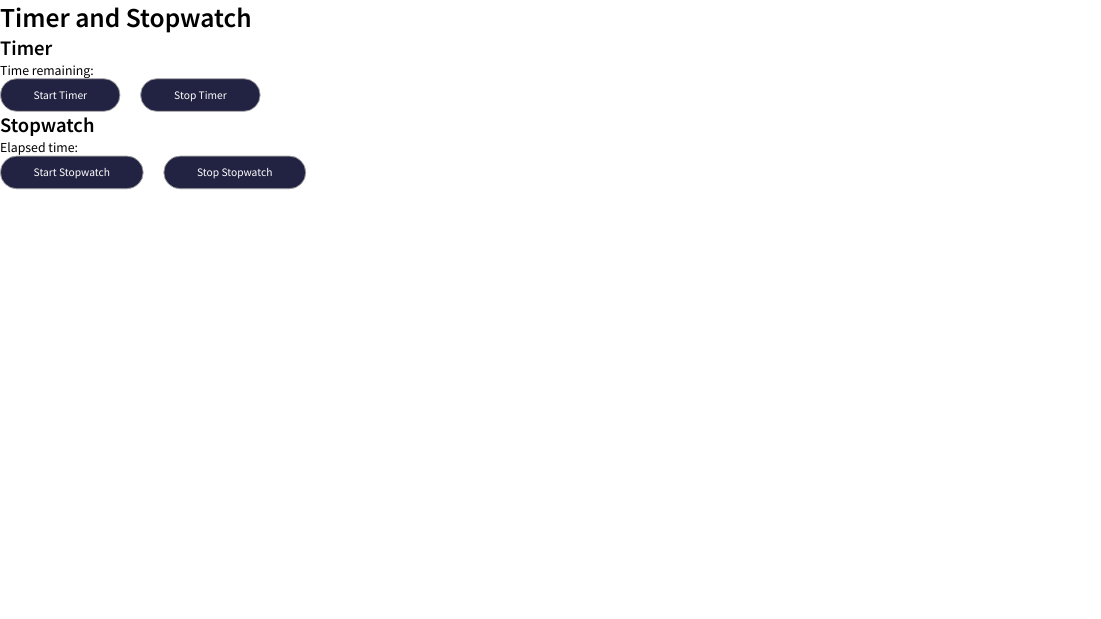
Repository: anonymous1508/CodeClause_Timerand_Stopwatch
Page: index.html
The author's editor kept a copy of each file at every save. The page is drawn from the files as they stood at one save, then again after the next save.
The browser window is 1280 px wide. The pictures show the whole page, at 86% of full size.

Above is the page before, as saved 2023-05-04 17:40:40.
Not found: timer.js

### index.html
<!DOCTYPE html>
<html>
  <head>
    <title>Timer and Stopwatch</title>
    <link rel="stylesheet" href="style.css">
  </head>
  <body>
    <h1>Timer and Stopwatch</h1>

    <div class="timer-container">
      <h2>Timer</h2>
      <p>Time remaining: <span id="timer"></span></p>
      <button id="start-timer-btn">Start Timer</button>
      <button id="stop-timer-btn" disabled>Stop Timer</button>
    </div>

    <div class="stopwatch-container">
      <h2>Stopwatch</h2>
      <p>Elapsed time: <span id="stopwatch"></span></p>
      <button id="start-stopwatch-btn">Start Stopwatch</button>
      <button id="stop-stopwatch-btn" disabled>Stop Stopwatch</button>
    </div>

    <script src="timer.js"></script>
  </body>
</html>

### style.css
@import url('https://fonts.googleapis.com/css2?family=Source+Sans+Pro:wght@400;600&display=swap');
*{
    margin: 0;
    padding: 0;
    font-family: 'Source Sans Pro', sans-serif;
}
.container{
    background-color: #222242;
    height: 100vh;
    width: 100%;
    text-align: center;
    position: absolute;
}

.wrapper{
    position: relative;
    top: 50%;
    left: 50%;
    transform: translate(-50%,-50%);
}
.wrapper p{
    position: relative;
    display: inline-block;
    color: #ffffff;
    z-index: 9999;
    font-size: 48px;
    margin-bottom: 120px;
}
.wrapper p::before{
    content: '';
    position: absolute;
    width: 200px;
    height: 200px;
    background-color: #151538;
    z-index: -1;
    border-radius: 50%;
	left: -10%;
    top: -118%;
    animation-name: shine;
    animation-duration: 3s;
    animation-iteration-count: infinite;
}
@keyframes shine{
    0%,100%{
        box-shadow: 0px 0px 32px -12px rgba(246, 180, 0, .5);
    }
    50%{
        box-shadow: 0px 0px 32px 3px rgba(246, 180, 0, .5);
    }
}
button {
    background-color: #222242;
    padding: 10px 38px;
    border: 1px solid #A9A9A9;
    border-radius: 28px;
    color: #fff;
    transition: all .2s ease;
    outline: 0;
}
button:not(:last-child){
    margin-right: 20px;
}
button:hover,
button:focus
{
    border-color: #F6B400;
    color: #F6B400;
    box-shadow: 0px 4px 27px -12px #F6B400;
}

.timer {
    font-family: sans-serif;
    display: inline-block;
    padding: 24px 32px;
    border-radius: 30px;
    background: white;
    margin:450px;
  }

.timer__part {
    font-size: 36px;
    font-weight: bold;
  }

.timer__btn {
    width: 50px;
    height: 50px;
    margin-left: 16px;
    border-radius: 50%;
    border: none;
    color: white;
    background: #8208e6;
    cursor: pointer;
  }

.timer__btn--start {
    background: #00b84c;
  }

.timer__btn--stop {
    background: #ff0256;
  }

### script.js
let seconds = 00;
let tens = 00;
let mins = 00;
let getSeconds = document.querySelector('.seconds');
let getTens = document.querySelector('.tens');
let getMins = document.querySelector('.mins');
let btnStart = document.querySelector('.btn-start');
let btnStop = document.querySelector('.btn-stop');
let btnReset = document.querySelector('.btn-reset');
let interval;

btnStart.addEventListener('click', () => {
    clearInterval(interval);
    inverval = setInterval(startTimer, 10);
})
btnStop.addEventListener('click', () => {
    clearInterval(inverval);
})
btnReset.addEventListener('click', () => {
    clearInterval(inverval);
    tens = '00';
    seconds = '00';
    mins = '00';
    getSeconds.innerHTML = seconds;
    getTens.innerHTML = tens;
    getMins.innerHTML = mins;
})

function startTimer(){
    tens++;
    if(tens <= 9){
        getTens.innerHTML = '0' + tens;
    }
    if(tens > 9){
        getTens.innerHTML = tens;
    }
    if(tens > 99){
        seconds++;
        getSeconds.innerHTML = '0' + seconds;
        tens = 0;
        getTens.innerHTML = '0' + 0;
    }
    if(seconds > 9){
        getSeconds.innerHTML = seconds;
    }
    if(seconds > 59){
        mins++;
        getMins.innerHTML = '0' + mins;
        seconds = 0;
        getSeconds.innerHTML = '0' + 0;
    }
    if(mins > 9){
        getSeconds.innerHTML = mins;
    }
}


class Timer {
    constructor(root) {
      root.innerHTML = Timer.getHTML();

      this.el = {
        minutes: root.querySelector(".timer__part--minutes"),
        seconds: root.querySelector(".timer__part--seconds"),
        control: root.querySelector(".timer__btn--control"),
        reset: root.querySelector(".timer__btn--reset")
      };

      this.interval = null;
      this.remainingSeconds = 0;

      this.el.control.addEventListener("click", () => {
        if (this.interval === null) {
          this.start();
        } else {
          this.stop();
        }
      });

      this.el.reset.addEventListener("click", () => {
        const inputMinutes = prompt("Enter number of minutes:");

        if (inputMinutes < 60) {
          this.stop();
          this.remainingSeconds = inputMinutes * 60;
          this.updateInterfaceTime();
        }
      });
    }

    updateInterfaceTime() {
      const minutes = Math.floor(this.remainingSeconds / 60);
      const seconds = this.remainingSeconds % 60;

      this.el.minutes.textContent = minutes.toString().padStart(2, "0");
      this.el.seconds.textContent = seconds.toString().padStart(2, "0");
    }

    updateInterfaceControls() {
      if (this.interval === null) {
        this.el.control.innerHTML = `<span class="material-icons">play_arrow</span>`;
        this.el.control.classList.add("timer__btn--start");
        this.el.control.classList.remove("timer__btn--stop");
      } else {
        this.el.control.innerHTML = `<span class="material-icons">pause</span>`;
        this.el.control.classList.add("timer__btn--stop");
        this.el.control.classList.remove("timer__btn--start");
      }
    }

    start() {
      if (this.remainingSeconds === 0) return;

      this.interval = setInterval(() => {
        this.remainingSeconds--;
        this.updateInterfaceTime();

        if (this.remainingSeconds === 0) {
          this.stop();
        }
      }, 1000);

      this.updateInterfaceControls();
    }

    stop() {
      clearInterval(this.interval);

      this.interval = null;

      this.updateInterfaceControls();
    }

    static getHTML() {
      return `
              <span class="timer__part timer__part--minutes">00</span>
              <span class="timer__part">:</span>
              <span class="timer__part timer__part--seconds">00</span>
              <button type="button" class="timer__btn timer__btn--control timer__btn--start">
                  <span class="material-icons">play_arrow</span>
              </button>
              <button type="button" class="timer__btn timer__btn--reset">
                  <span class="material-icons">timer</span>
              </button>
          `;
    }
  }

  new Timer(
      document.querySelector(".timer")
  );

After the next save:
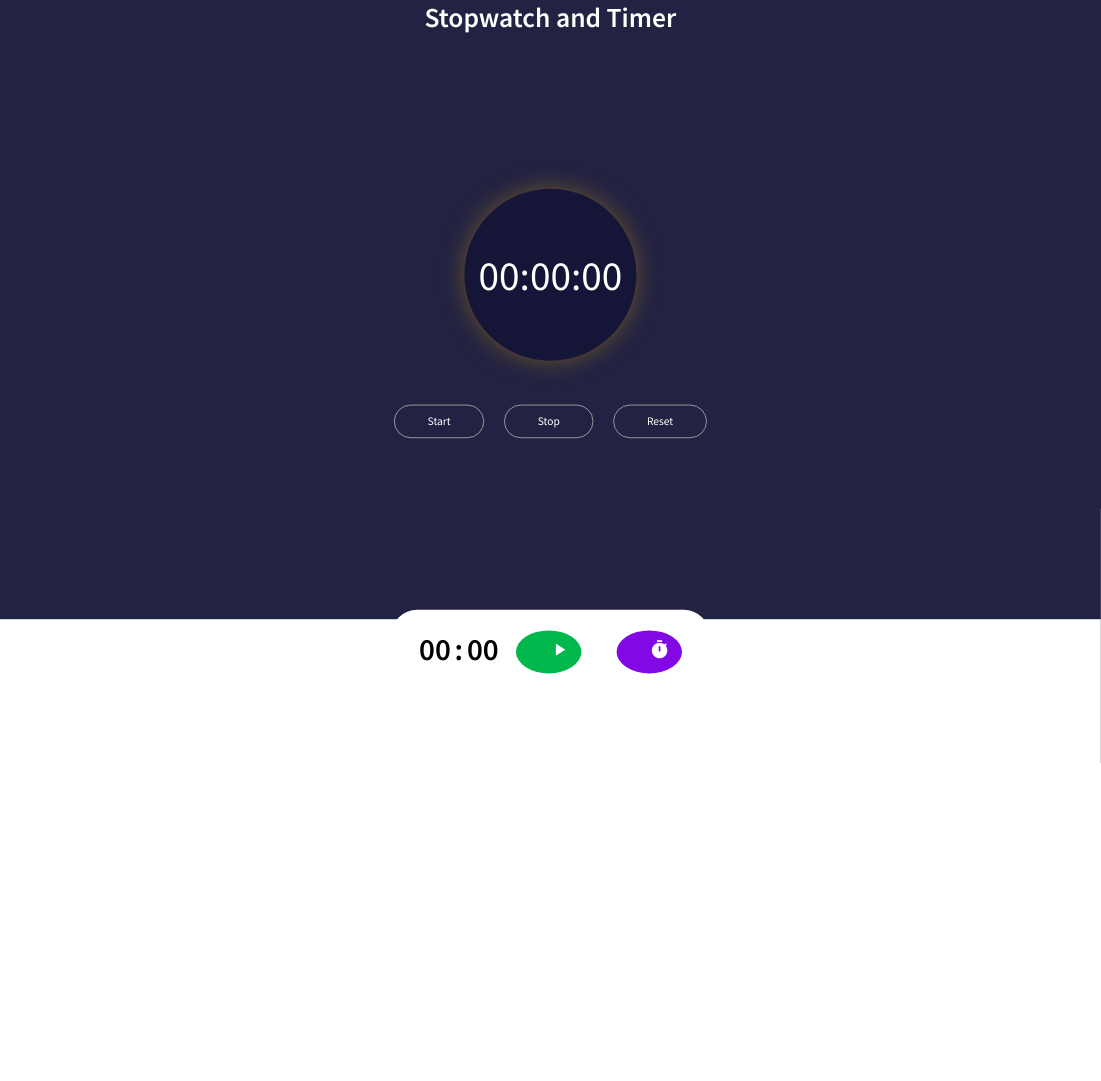
Saved 14 s later.
--- a/index.html
+++ b/index.html
@@ -1,26 +1,29 @@
 <!DOCTYPE html>
-<html>
-  <head>
-    <title>Timer and Stopwatch</title>
+<html lang="en">
+<head>
+    <meta charset="UTF-8">
+    <meta name="viewport" content="width=device-width, initial-scale=1.0">
+    <title>Stopwatch And Timer</title>
+    <link href="https://fonts.googleapis.com/icon?family=Material+Icons" rel="stylesheet">
     <link rel="stylesheet" href="style.css">
-  </head>
-  <body>
-    <h1>Timer and Stopwatch</h1>
-
-    <div class="timer-container">
-      <h2>Timer</h2>
-      <p>Time remaining: <span id="timer"></span></p>
-      <button id="start-timer-btn">Start Timer</button>
-      <button id="stop-timer-btn" disabled>Stop Timer</button>
+</head>
+<body>
+    <div class="container">
+        <h1 class="heading" style="color:white">Stopwatch and Timer</h1>
+        <div class="wrapper">
+            <p>
+                <span class="mins">00</span>:<span class="seconds">00</span>:<span class="tens">00</span>
+            </p> <br>
+            <button class="btn-start">Start</button>
+            <button class="btn-stop">Stop</button>
+            <button class="btn-reset">Reset</button>
+        </div>
+        <div class="timer"></div>
     </div>
 
-    <div class="stopwatch-container">
-      <h2>Stopwatch</h2>
-      <p>Elapsed time: <span id="stopwatch"></span></p>
-      <button id="start-stopwatch-btn">Start Stopwatch</button>
-      <button id="stop-stopwatch-btn" disabled>Stop Stopwatch</button>
-    </div>
 
-    <script src="timer.js"></script>
-  </body>
+
+
+<script src="script.js"></script>
+</body>
 </html>
